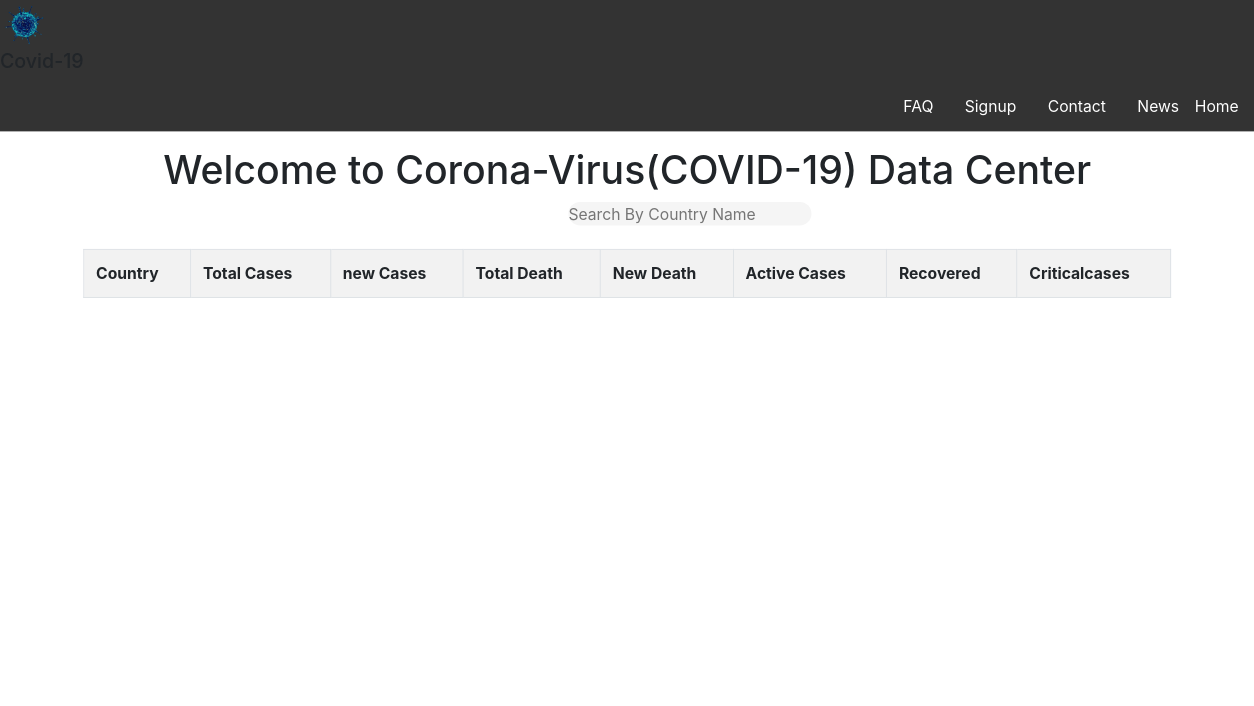
Repository: xthashankar/COVID-19-data-
Page: index.html
These files come from the project's save history. The page is drawn as it stood at one moment and after the next save; the edit follows.
The browser window is 1280 px wide. The pictures show the whole page, at 98% of full size.
The page's requests for data from a server got no answer.

Above is the page before, as saved 2020-04-15 19:23:48.

After the next save:
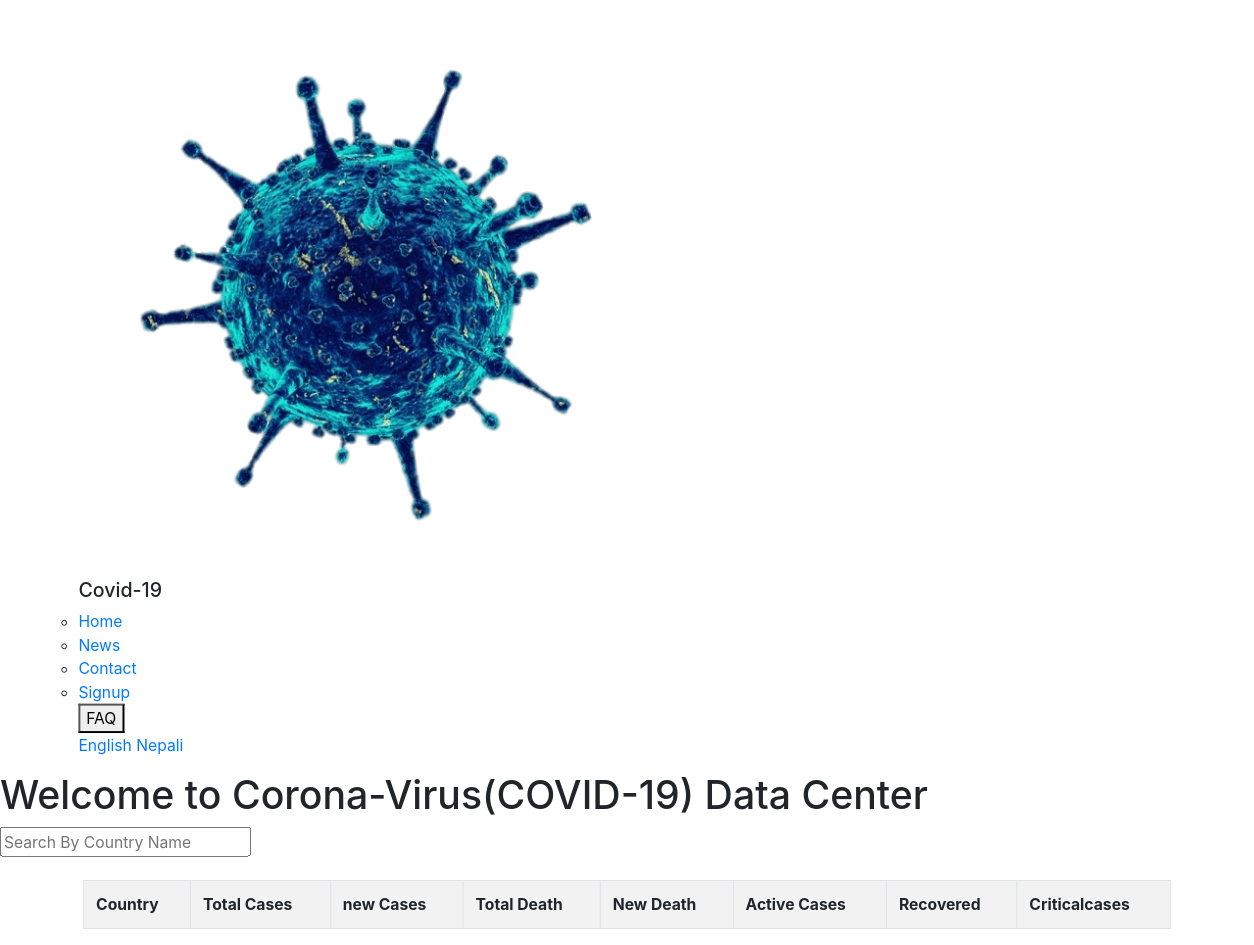
Saved 87 s later.
--- a/css/styles.css
+++ b/css/styles.css
@@ -5,7 +5,7 @@ body {
 	margin: 0;
 	padding: 0;
 } */
-*{
+/* *{
   padding: 0;
   margin: 0;
 }
@@ -109,4 +109,4 @@ img{
     margin: 14px;
     float: right;
 	  color: white;
-  }
+  } */
